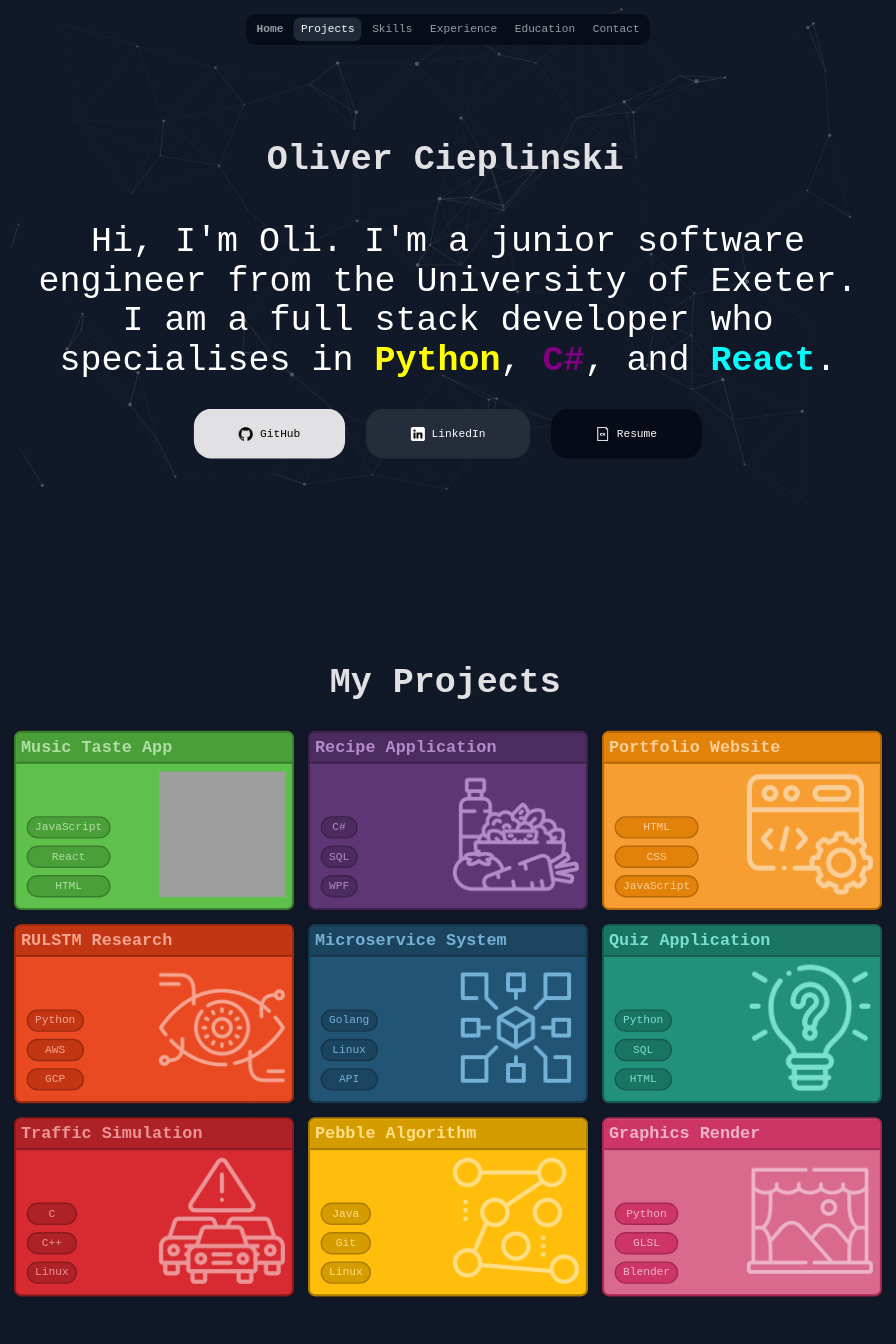
Repository: oliciep/oliciep.github.io
Page: index.html
An editor plug-in stored every save of this project. The page is shown before and after the next save, followed by the edit.
The browser window is 1280 px wide. The pictures show the part of the page from y = 0 to 1920 px (the page is 4920 px tall), at 70% of full size.
Pictures or frames that could not be fetched are drawn as grey boxes.

Above is the page before, as saved 2024-04-04 22:39:44.

After the next save:
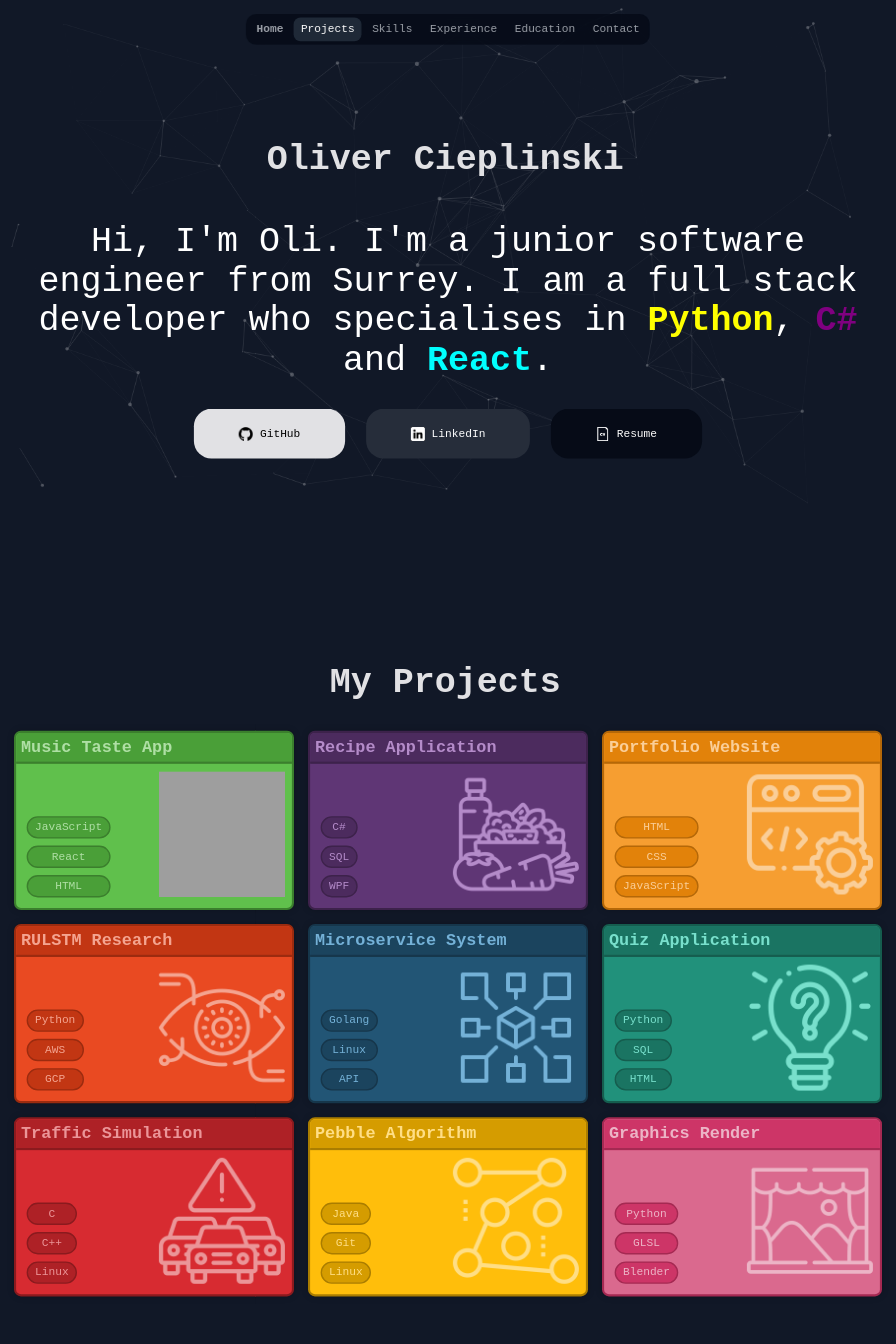
Saved 8 min 45 s later.
--- a/index.html
+++ b/index.html
@@ -25,10 +25,10 @@
             <h1 class="typewriter site-title"><br><br>Oliver Cieplinski</h1>
         </div>
         <p class="intro-text">
-            Hi, I'm Oli. I'm a junior software engineer from the University of Exeter.
+            Hi, I'm Oli. I'm a junior software engineer from Surrey.
             I am a full stack developer who specialises in
             <span class="highlight" style="color:yellow">Python</span>,
-            <span class="highlight" style="color:purple">C#</span>, and
+            <span class="highlight" style="color:purple">C#</span> and
             <span class="highlight" style="color:cyan">React</span>.
         </p>
         <div class="social-buttons">
